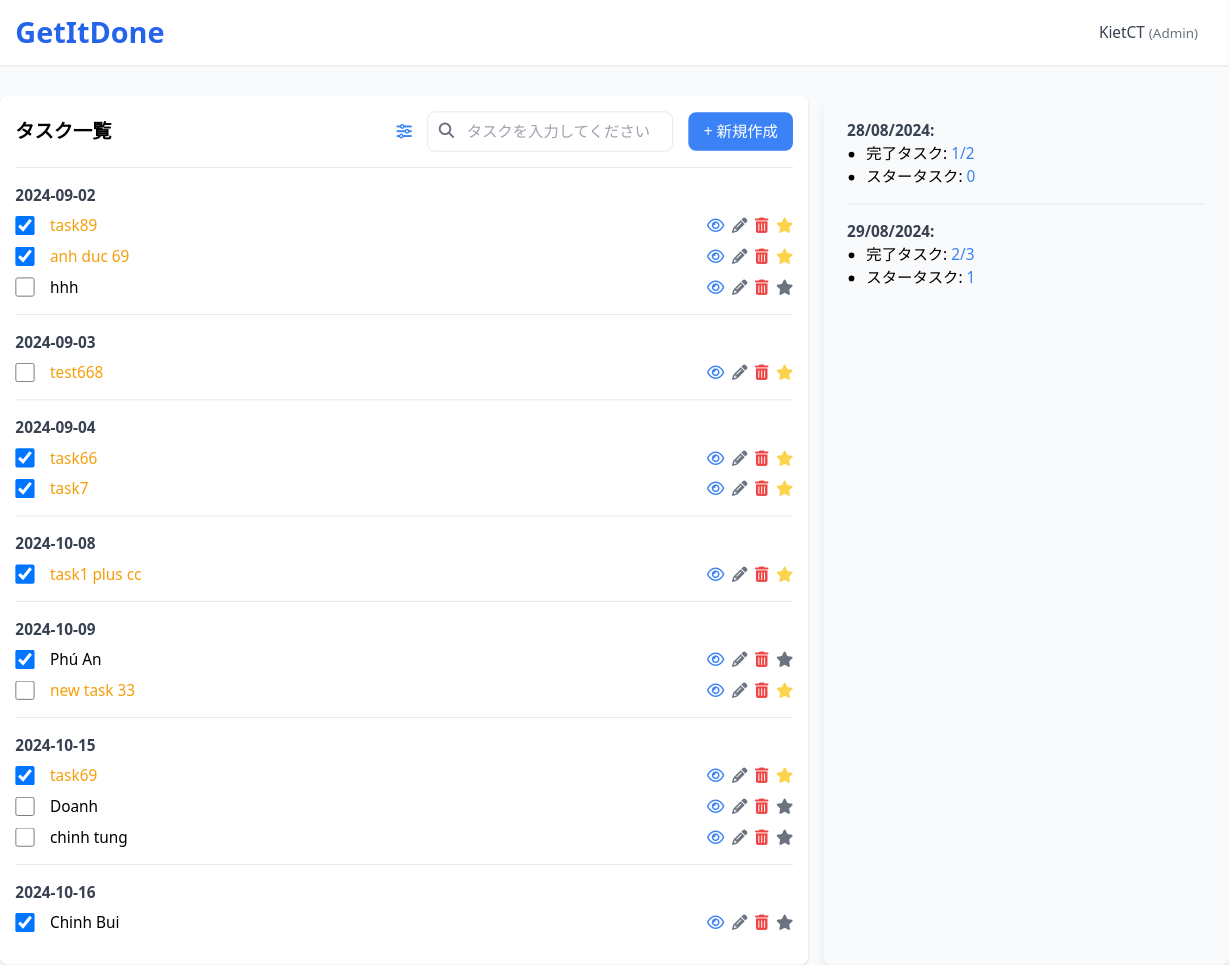
Repository: TuanAnhNguyen723/todolist
Page: http://localhost/mainscreen/mainscreen.php
These files come from the project's save history. The page is drawn as it stood at one moment and after the next save; the edit follows.
The browser window is 1280 px wide. The pictures show the whole page, at 96% of full size.
Some web libraries are served in a nearby version. The page is run by PHP 8.4 with error messages shown; the project is at /var/www/html/. The database holds what the project's SQL file puts in it.

Above is the page before, as saved 2024-10-02 13:56:36.

After the next save:
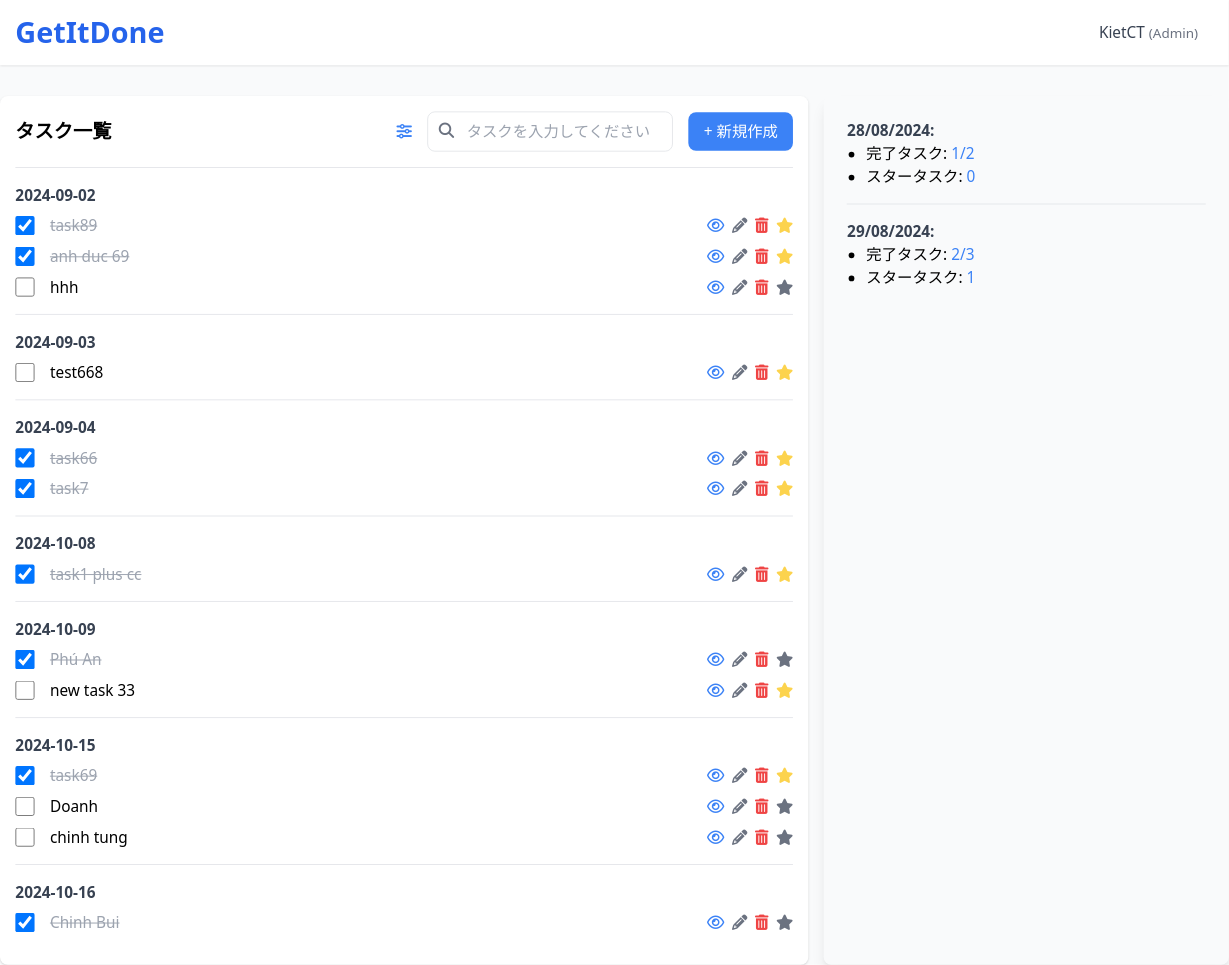
Saved 26 s later.
--- a/mainscreen/mainscreen.php
+++ b/mainscreen/mainscreen.php
@@ -72,52 +72,55 @@
 
           <!-- Task Groups by Date -->
           <div class="task-container">
-         <?php foreach ($tasks_by_date as $date => $tasks): ?>
-    <div class="mb-4 border-t pt-4">
-        <h3 class="font-bold text-gray-700"><?php echo htmlspecialchars($date); ?></h3>
-
-        <?php foreach ($tasks as $task): ?>
-            <div class="task-container2 flex justify-between items-center space-x-4 my-2">
-                <div class="flex items-center space-x-4">
+          <?php foreach ($tasks_by_date as $date => $tasks): ?>
+            <div class="mb-4 border-t pt-4">
+              <h3 class="font-bold text-gray-700"><?php echo htmlspecialchars($date); ?></h3>
+
+              <?php foreach ($tasks as $task): ?>
+                <div class="task-container2 flex justify-between items-center space-x-4 my-2">
+                  <div class="flex items-center space-x-4">
                     <input
-                        type="checkbox"
-                        class="form-checkbox h-5 w-5 toggle-complete <?php echo $task['star'] ? 'bg-yellow-500 border-yellow-500' : ''; ?>"
-                        data-task-id="<?php echo $task['task_id']; ?>"
-                        <?php echo $task['checked'] ? 'checked' : ''; ?>
+                      type="checkbox"
+                      class="form-checkbox h-5 w-5 toggle-complete"
+                      data-task-id="<?php echo $task['task_id']; ?>"
+                      <?php echo $task['checked'] ? 'checked' : ''; ?>
                     />
-                    <span class="task-text <?php echo $task['star'] ? 'text-yellow-500' : ''; ?>">
-                        <?php echo htmlspecialchars($task['title']); ?>
+                    <span class="task-text <?php echo $task['checked'] ? 'line-through text-gray-400' : ''; ?>">
+                      <?php echo htmlspecialchars($task['title']); ?>
                     </span>
-                </div>
-                <div class="flex space-x-2">
+                  </div>
+                  <div class="flex space-x-2">
                     <!-- Nút xem chi tiết -->
                     <button class="text-blue-500 hover:text-blue-700">
-                        <i class="fa fa-eye"></i>
+                      <i class="fa fa-eye"></i>
                     </button>
 
                     <!-- Nút sửa -->
                     <button class="text-gray-500 hover:text-gray-700 edit-task-button" data-task-id="<?php echo $task['task_id']; ?>">
-                        <i class="fa fa-pencil"></i>
+                      <i class="fa fa-pencil"></i>
                     </button>
 
                     <!-- Nút xóa -->
                     <form action="./mainscreenController.php" method="POST" style="display:inline;">
-                        <input type="hidden" name="task_id" value="<?php echo $task['task_id']; ?>">
-                        <button type="submit" name="delete_task" class="text-red-500 hover:text-red-700">
-                            <i class="fa fa-trash"></i>
-                        </button>
+                      <input type="hidden" name="task_id" value="<?php echo $task['task_id']; ?>">
+                      <button type="submit" name="delete_task" class="text-red-500 hover:text-red-700">
+                        <i class="fa fa-trash"></i>
+                      </button>
                     </form>
 
                     <!-- Nút ngôi sao -->
                     <button class="text-gray-500 hover:text-yellow-300 star-icon <?php echo $task['star'] ? 'text-yellow-300' : ''; ?>" data-task-id="<?php echo $task['task_id']; ?>">
-                        <i class="fa fa-star"></i>
+                      <i class="fa fa-star"></i>
                     </button>
-                </div>
-            </div>
-        <?php endforeach; ?>
-    </div>
-<?php endforeach; ?>
-
+                  </div>
+                </div>
+              <?php endforeach; ?>
+
+
+
+
+            </div>
+          <?php endforeach; ?>
 
 
           </div>

After the 4 saves that followed:
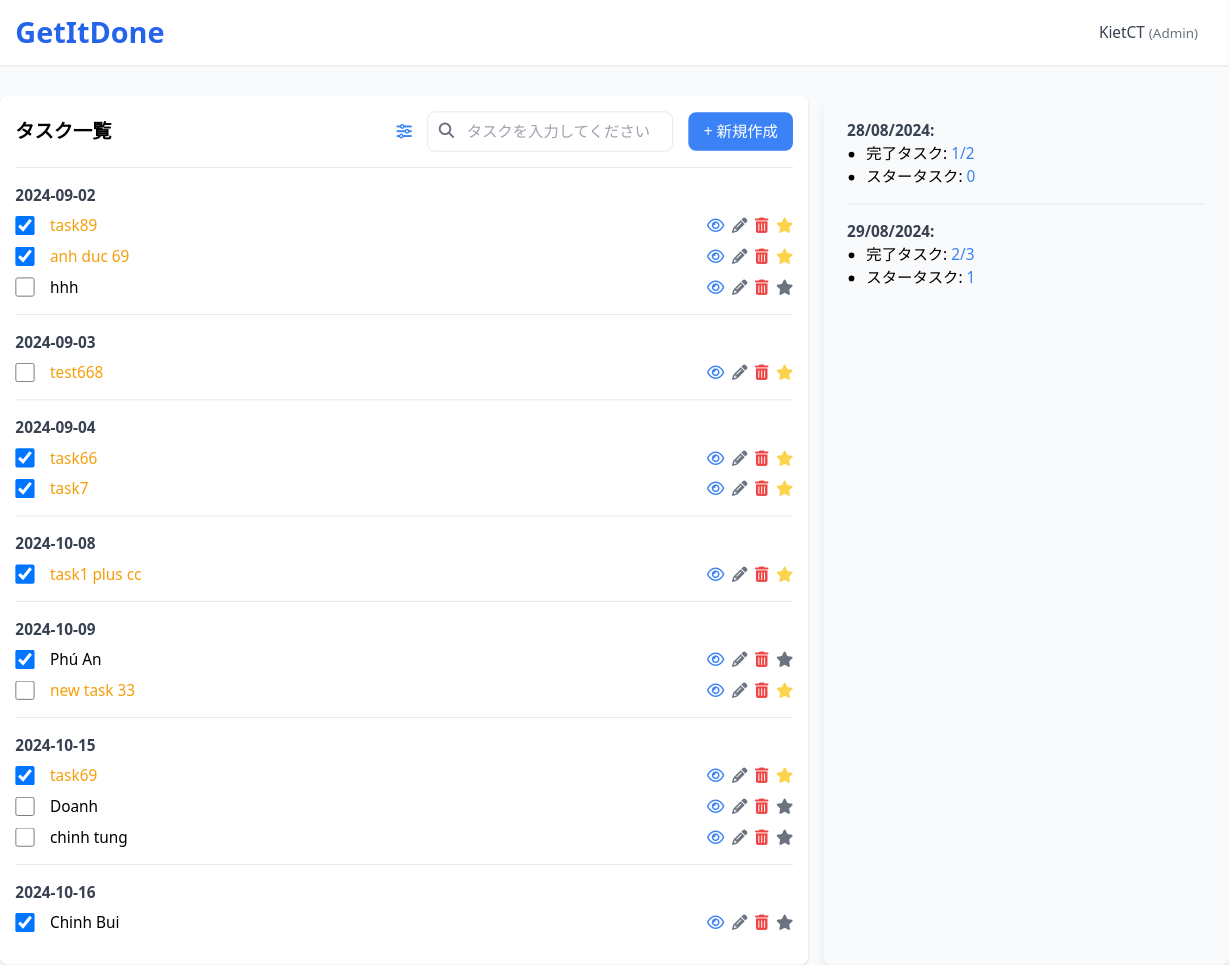
The 4 saves are shown as one change because 3 left the picture as it was.
The last was saved 2 min 19 s later.
--- a/mainscreen/mainscreen.php
+++ b/mainscreen/mainscreen.php
@@ -85,8 +85,9 @@
                       data-task-id="<?php echo $task['task_id']; ?>"
                       <?php echo $task['checked'] ? 'checked' : ''; ?>
                     />
-                    <span class="task-text <?php echo $task['checked'] ? 'line-through text-gray-400' : ''; ?>">
-                      <?php echo htmlspecialchars($task['title']); ?>
+                    <!-- // Thêm class 'text-yellow-500' cho task-text nếu task có trạng thái 'star' -->
+                    <span class="task-text <?php echo $task['star'] ? 'text-yellow-500' : ''; ?>">
+                        <?php echo htmlspecialchars($task['title']); ?>
                     </span>
                   </div>
                   <div class="flex space-x-2">
@@ -108,7 +109,7 @@
                       </button>
                     </form>
 
-                    <!-- Nút ngôi sao -->
+                      <!-- Nút ngôi sao -->
                     <button class="text-gray-500 hover:text-yellow-300 star-icon <?php echo $task['star'] ? 'text-yellow-300' : ''; ?>" data-task-id="<?php echo $task['task_id']; ?>">
                       <i class="fa fa-star"></i>
                     </button>
